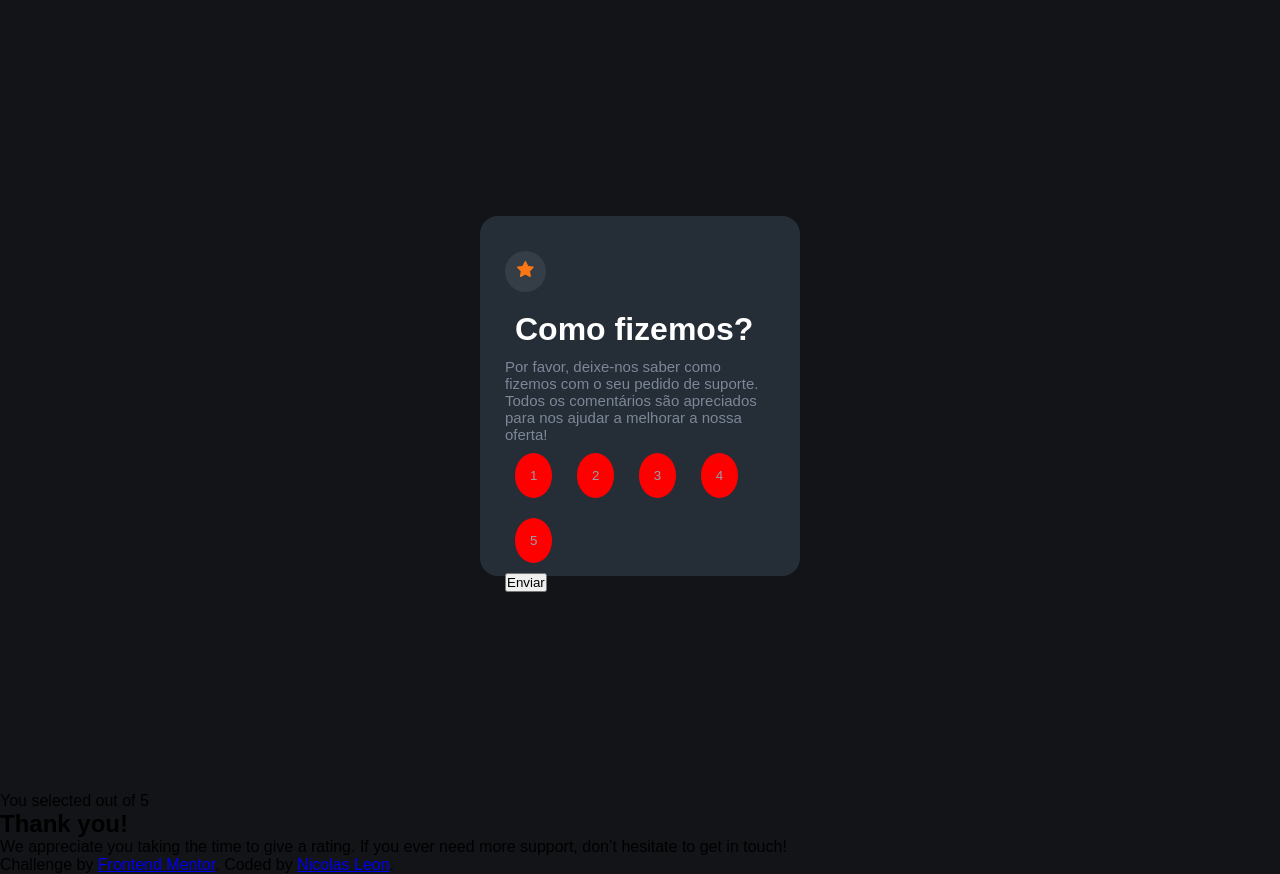
Repository: Leonngc/projeto-avaliacao
Page: index.html
These files come from the project's save history. The page is drawn as it stood at one moment and after a run of saves; the edit follows.
The browser window is 1280 px wide. The pictures show the whole page.
Some web fonts or font styles are not loaded; a fallback is used.

Above is the page before, as saved 2023-01-25 23:36:57.

After the next 2 saves:
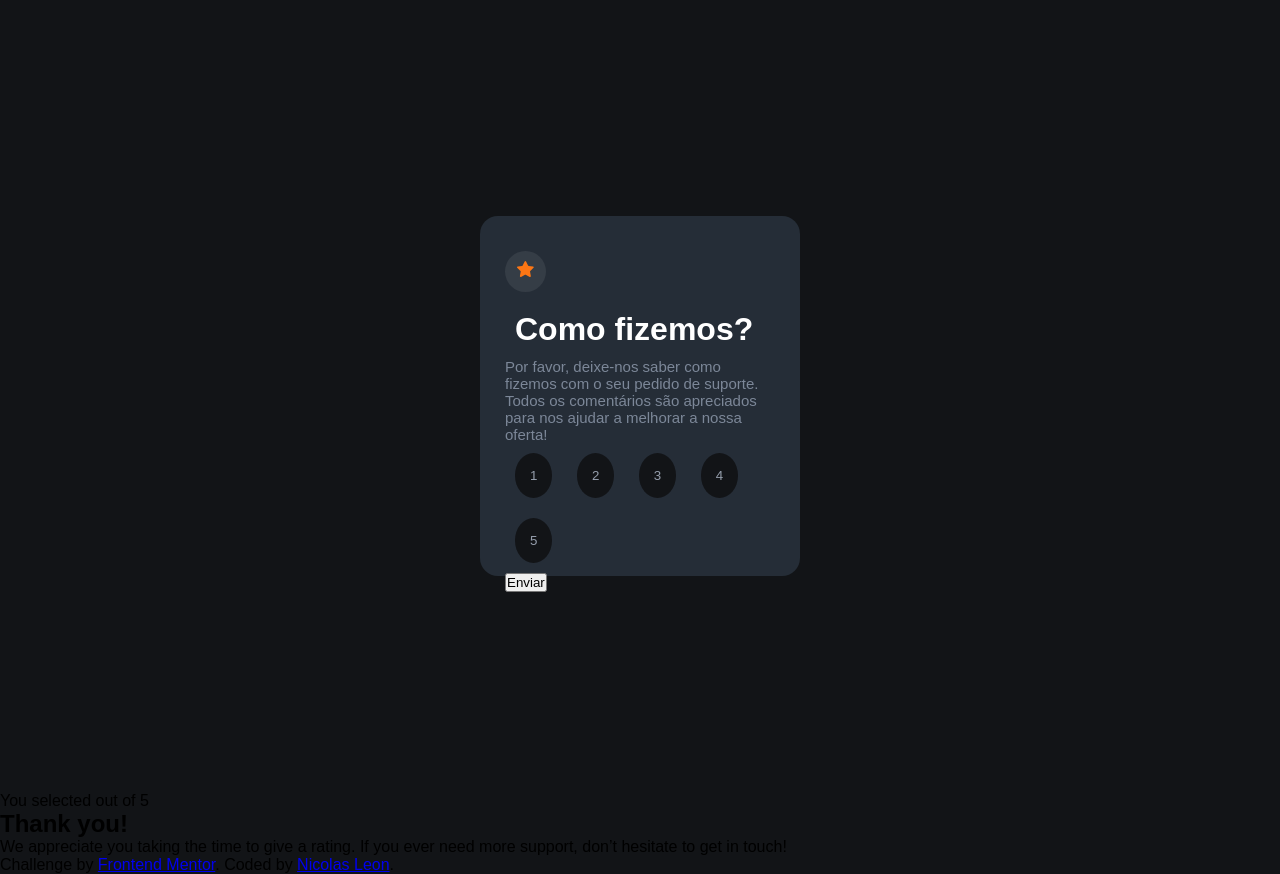
The 2 saves are shown as one change because they came seconds apart.
The last was saved 7 s later.
--- a/styles/style.css
+++ b/styles/style.css
@@ -52,6 +52,6 @@ span > img{
     border-radius: 66%;
     padding: 15px;
     border: none;
-    background-color: red;
+    background-color: var(--very-dark-blue);
     color: var(--light-grey);
 }
